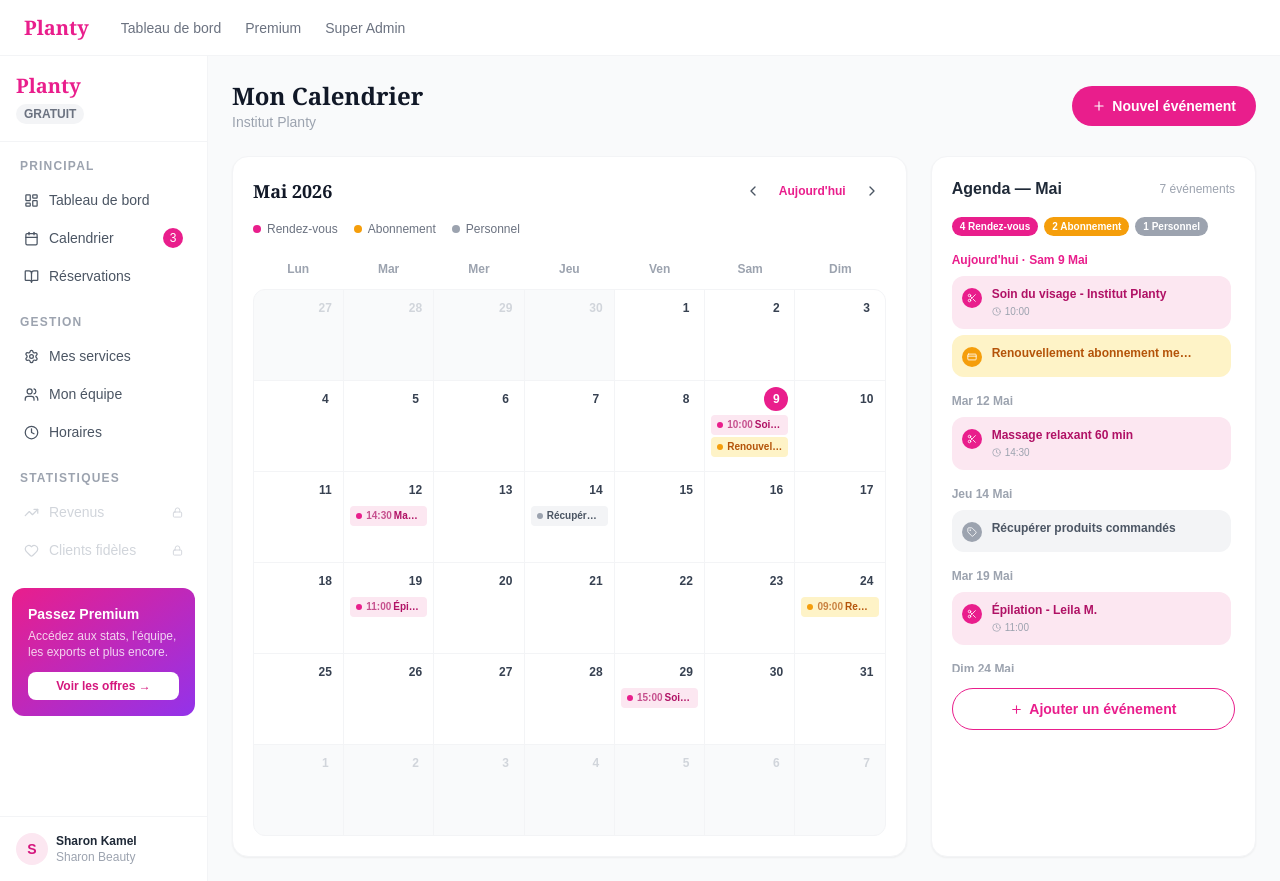
Repository: insafdl/planty
Page: /calendrier
These files come from the project's save history. The page is drawn as it stood at one moment and after the next save; the edit follows.
The browser window is 1280 px wide. The pictures show the whole page.
The project was rebuilt for these pictures with package versions that can differ from the ones it lists, and the page was loaded fresh each time. Also part of the build but not shown: vite.config.js, src/components/Footer.jsx, src/components/Institutecard.jsx, src/data.js, src/pages/Home.jsx, src/App.css, src/pages/Institutes.jsx, src/pages/Institutedetail.jsx and 13 more.

Above is the page before, as saved 2026-05-09 16:57:44.

After the next save:
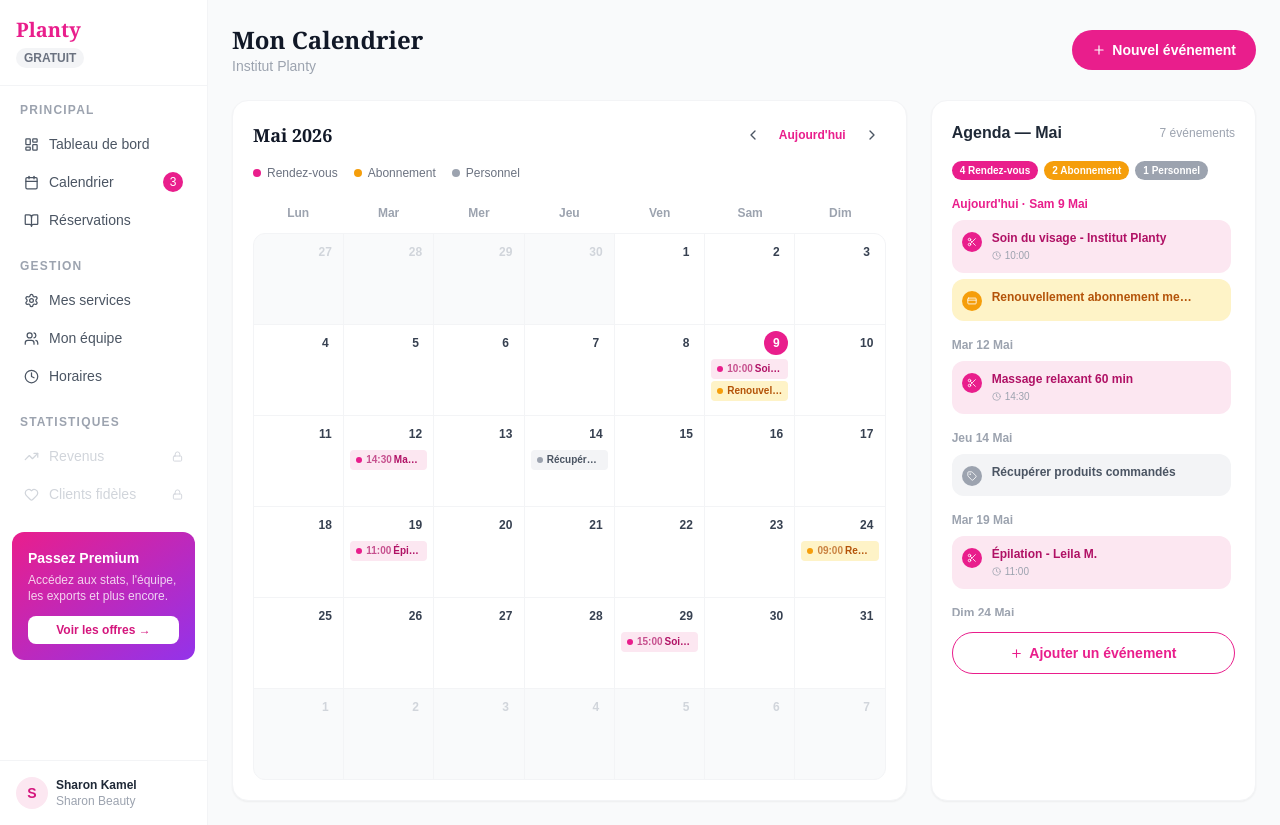
Saved 112 s later.
--- a/src/pages/Calendrierinstitut.jsx
+++ b/src/pages/Calendrierinstitut.jsx
@@ -381,7 +381,7 @@ export default function CalendrierInstitut() {
 
   return (
     <div className="min-h-screen bg-gray-50 flex flex-col font-body">
-      <Navbar variant="dashboard" />
+
       <div className="flex flex-1">
         <DashboardSidebar isPremium={false} />
 
